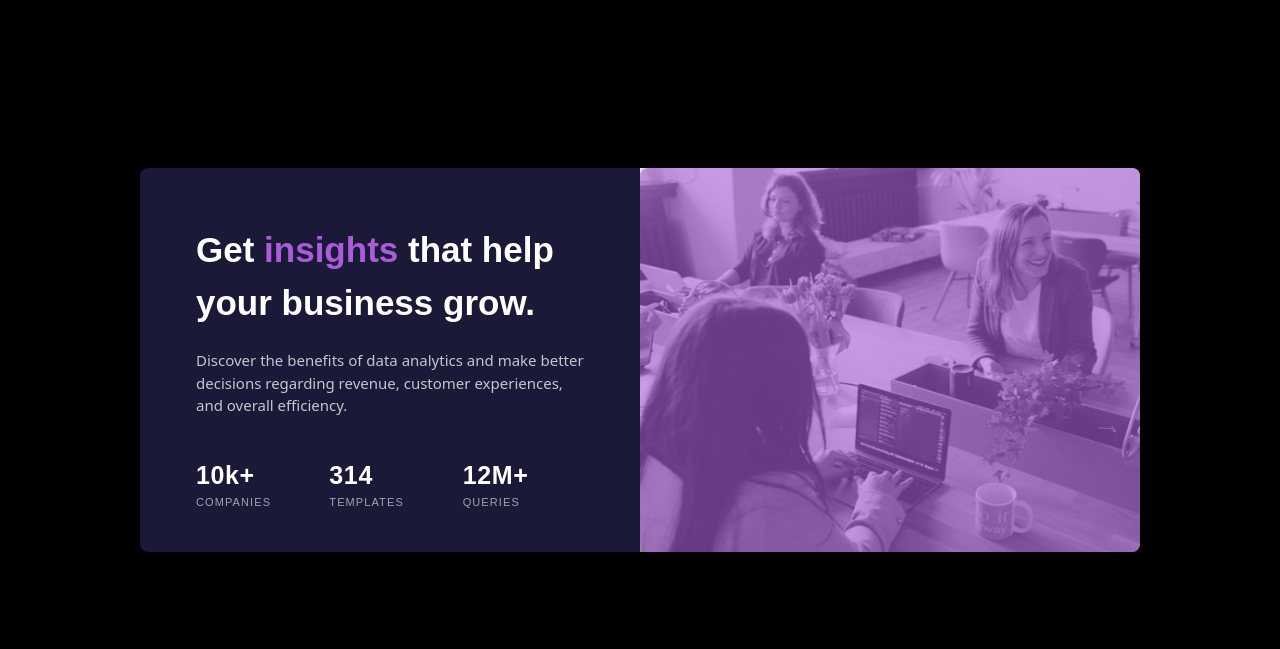
Repository: BerlinWebDev/FrontendMaster_PreviewMentor
Page: /
The author's editor kept a copy of each file at every save. The page is drawn from the files as they stood at one save, then again after the next save.
The browser window is 1280 px wide. The pictures show the whole page.
The project was rebuilt for these pictures with package versions that can differ from the ones it lists, and the page was loaded fresh each time.

Above is the page before, as saved 2023-11-11 20:33:06.

### src/index.css
@tailwind base;
@tailwind components;
@tailwind utilities;
@import url("https://fonts.google.com/specimen/Inter");
@import url("https://fonts.google.com/specimen/Lexend+Deca");

### src/App.js
import Statisic from "./Statisic";
import Image from "./assets/image-header-desktop.jpg";

function App() {
  return (
    <>
      <header>
        <title>Challenge</title>
        <meta name="description" content="Challenge" />
        <link rel="icon" href="/favicon.ico" />
      </header>
      <main className="flex min-h-screen flex-col items-center justify-center bg-black">
        <div className="flex h-96 w-[1000px] rounded-lg bg-[#1b1938]">
          <aside className="w-1/2  rounded-l-lg">
            <div className="p-14">
              <div className="text-[35px] text-white font-bold font-lexenddeca">
                Get <span className="text-[#aa5cdb]">insights</span> that help
                <br />
                your business grow.
              </div>
              <div className="mt-5">
                <p className="text-[#ffffffbf] font-Inter text-[15px]">
                  Discover the benefits of data analytics and make better
                  decisions regarding revenue, customer experiences, and overall
                  efficiency.
                </p>
              </div>
              <div className="mt-10 grid grid-cols-3 gap-3">
                <Statisic value="10k+" title="companies" />
                <Statisic value="314" title="Templates" />
                <Statisic value="12M+" title="Queries" />
              </div>
            </div>
          </aside>
          <aside className="w-1/2  rounded-lg relative">
            <div className="absolute inset-0 bg-[#aa5cdb] rounded-lg opacity-60"></div>
            <img
              className=" h-full w-full rounded-r-lg"
              src={Image}
              alt="Header-Desktop"
            />
          </aside>
        </div>
      </main>
    </>
  );
}

export default App;

### src/Statisic.jsx
import React from "react";

const Statisic = ({ value, title }) => {
  return (
    <div className="text-white font-lexenddeca">
      <div className="text-[25px] font-bold tracking-wide">{value}</div>
      <div className="uppercase text-[11px] font-light text-[#ffffff99] tracking-widest">
        {title}
      </div>
    </div>
  );
};

export default Statisic;

### tailwind.config.js
/** @type {import('tailwindcss').Config} */
module.exports = {
  content: ["./src/**/*.{js,jsx,ts,tsx}"],
  theme: {
    extend: {
      fontFamily: {
        inter: ["Inter", "sans-serif"],
        lexenddeca: ["Lexend Deca", "sans-serif"],
      },
    },
  },
  plugins: [],
};

Loaded but not shown: public/index.html (common file); src/index.js (common file)

After the next save:
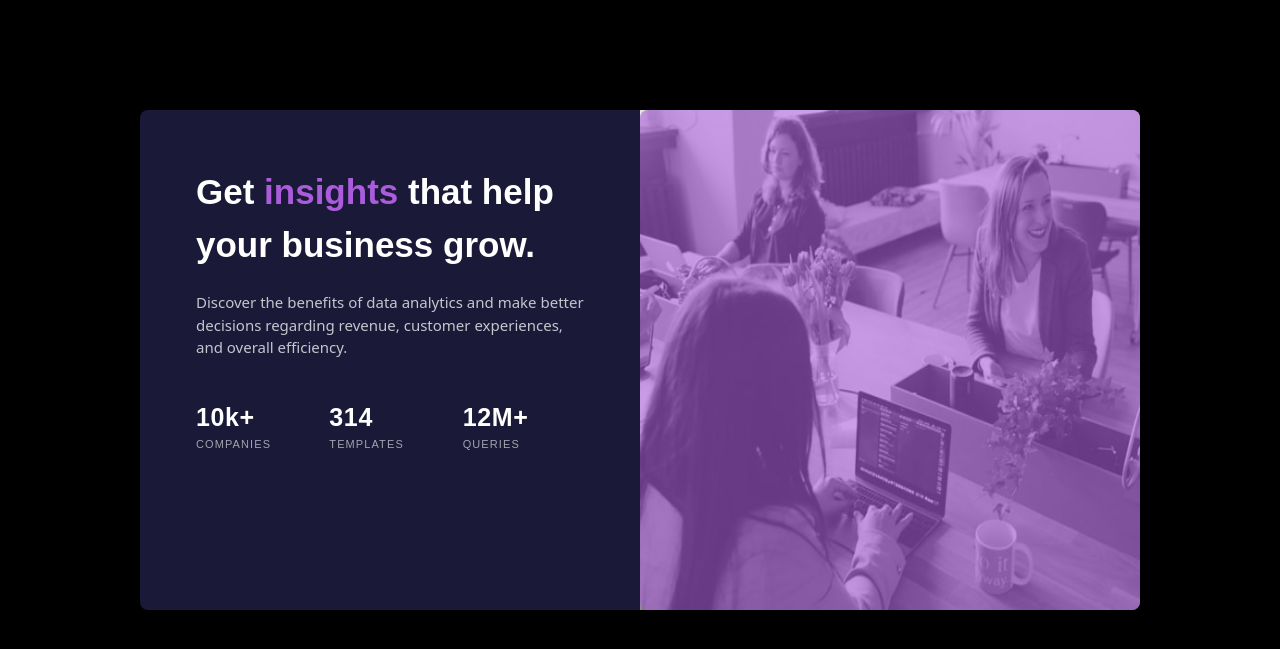
Saved 20 s later.
--- a/src/App.js
+++ b/src/App.js
@@ -10,7 +10,7 @@ function App() {
         <link rel="icon" href="/favicon.ico" />
       </header>
       <main className="flex min-h-screen flex-col items-center justify-center bg-black">
-        <div className="flex h-96 w-[1000px] rounded-lg bg-[#1b1938]">
+        <div className="flex h-[500px] w-[1000px] rounded-lg bg-[#1b1938]">
           <aside className="w-1/2  rounded-l-lg">
             <div className="p-14">
               <div className="text-[35px] text-white font-bold font-lexenddeca">
